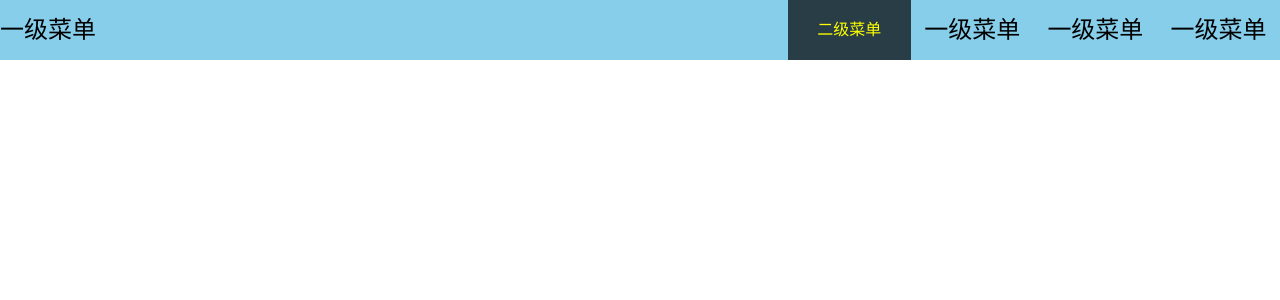
Repository: JJianZ/miao
Page: css-menu.html
These files come from the project's save history. The page is drawn as it stood at one moment and after the next save; the edit follows.
The browser window is 1280 px wide. The pictures show the whole page.

Above is the page before, as saved 2021-11-22 22:08:02.

### css-menu.html
<!DOCTYPE html>
<html lang="en">
<head>
  <meta charset="UTF-8">
  <meta http-equiv="X-UA-Compatible" content="IE=edge">
  <meta name="viewport" content="width=device-width, initial-scale=1.0">
  <title>Document</title>
  <style>
    * {
      margin: 0;
      padding: 0;
      width: 100%;
      box-sizing: border-box;
    }
    a {
      text-decoration: none;
    }
    nav {
      width: 100%;
      height: 60px;
      line-height: 60px;
      font-size: 1.5em;
      display: flex;
      text-align: justify;
      background-color: skyblue;
    }
    ul {
      position: relative;
      width: 200px;
      list-style: none;
      overflow: hidden;
      margin: 0 auto;
      text-align: center;
    }
    ul:hover {
      overflow: visible;
    }
    ul span:hover {
      color: lawngreen;
    }
    ul li {
      font-size: 16px;
      color: white;
      background-color: rgba(0,0,0,0.7);
    }
    ul li a {
      color: yellow;
      display: block;
    }
    ul li a:hover {
      color: green;
    }
  </style>
</head>
<body>
  <nav>
    <span>一级菜单</span>
    <ul>
      <li><a href="#">二级菜单</a></li>
      <li><a href="#">二级菜单</a></li>
      <li><a href="#">二级菜单</a></li>
      <li><a href="#">二级菜单</a></li>
    </ul>
    <ul><span>一级菜单</span>
      <li><a href="#">二级菜单</a></li>
      <li><a href="#">二级菜单</a></li>
      <li><a href="#">二级菜单</a></li>
      <li><a href="#">二级菜单</a></li>
    </ul>
    <ul><span>一级菜单</span>
      <li><a href="#">二级菜单</a></li>
      <li><a href="#">二级菜单</a></li>
      <li><a href="#">二级菜单</a></li>
      <li><a href="#">二级菜单</a></li>
    </ul>
    <ul><span>一级菜单</span>
      <li><a href="#">二级菜单</a></li>
      <li><a href="#">二级菜单</a></li>
      <li><a href="#">二级菜单</a></li>
      <li><a href="#">二级菜单</a></li>
    </ul>
  </nav>
</body>
</html>

After the next save:
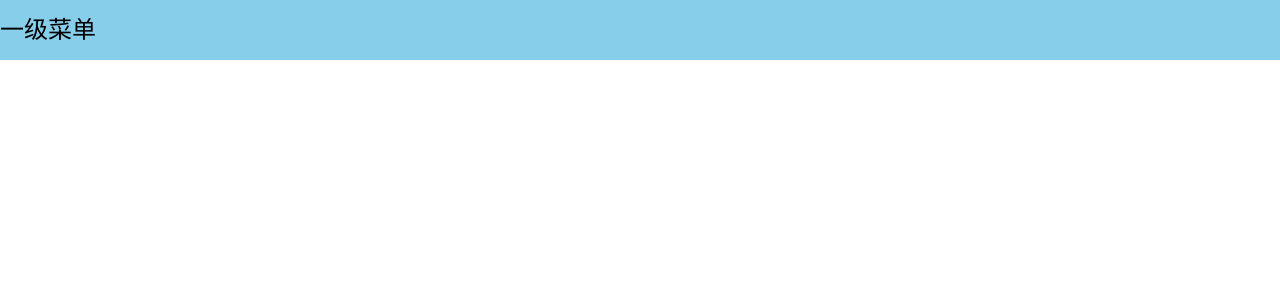
Saved 19 s later.
--- a/css-menu.html
+++ b/css-menu.html
@@ -31,9 +31,7 @@
       overflow: hidden;
       margin: 0 auto;
       text-align: center;
-    }
-    ul:hover {
-      overflow: visible;
+      display: none;
     }
     ul span:hover {
       color: lawngreen;
